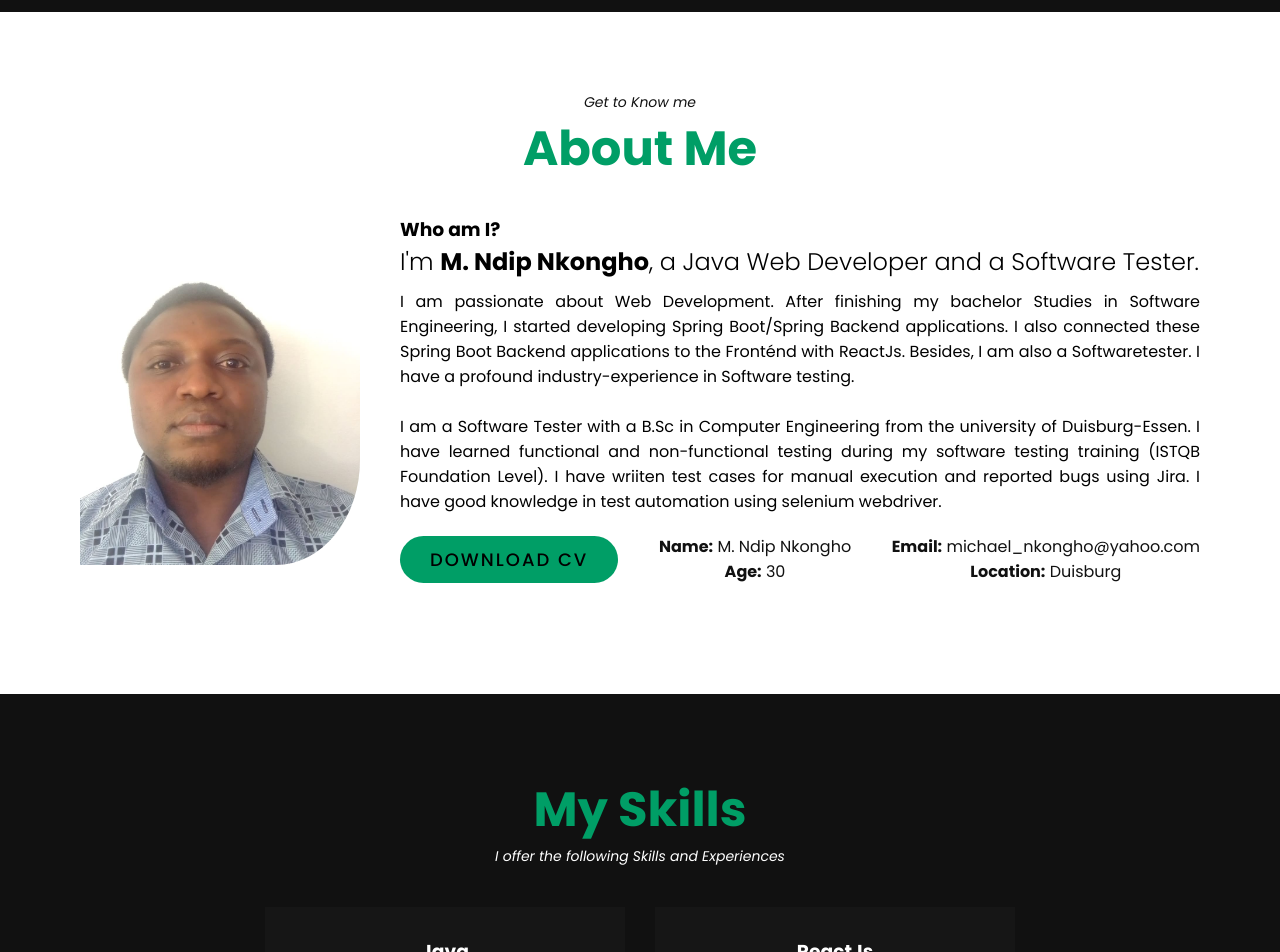
Repository: MichaelNkong/portfolio-project
Page: index.html
These files come from the project's save history. The page is drawn as it stood at one moment and after the next save; the edit follows.
The browser window is 1280 px wide. The pictures show the part of the page from y = 708 to 1660 px (the page is 4443 px tall before and 4478 px after).
A picture or video elsewhere on the page could not be fetched, so the positions and the page height are approximate.

Above is the page before, as saved 2025-03-09 17:58:41.

### index.html
<!DOCTYPE html>
<html lang="en">
<head>
    <meta charset="UTF-8">
    <meta name="viewport" content="width=device-width, initial-scale=1.0">
    <title>Responsive PortFolio</title>
    <link rel="stylesheet" href="style.css">
    <script src="ext.js" language="javascript"></script>
    <link rel="stylesheet" href="https://stackpath.bootstrapcdn.com/font-awesome/4.7.0/css/font-awesome.min.css" integrity="sha384-wvfXpqpZZVQGK6TAh5PVlGOfQNHSoD2xbE+QkPxCAFlNEevoEH3Sl0sibVcOQVnN" crossorigin="anonymous">
</head>
<body>
    <!-- Creating Menu Tabs & Logo at Top Using HTML -->
    <header>
        <a href="#" class="logo">Portfolio</a>
        <div class="toggle" onclick="toggleMenu();"></div>
        <ul class="menu">
            <li><a href="#home" onclick="toggleMenu();">Home</a></li>
            <li><a href="#about" onclick="toggleMenu();">About</a></li>
            <li><a href="#services" onclick="toggleMenu();">Skills</a></li>
            <li><a href="#work" onclick="toggleMenu();">Projects</a></li>
            <li><a href="#testimonial" onclick="toggleMenu();">Education</a></li>
            <li><a href="#contact" onclick="toggleMenu();">Contact</a></li>
        </ul>
    </header>

    <!-- Creating Banner Layout in HTML -->
    <section class="banner" id="home">
        <div class="textBx">
            <h2>Hello, I'm<br> <span>M. Ndip Nkongho</span></h2>
            <h3>I'm a Software Tester and a Java Web Developer</h3>
            <a href="#about" class="btn">About Me</a>
        </div>

    </section>

    <!-- Creating About Me Layout in HTML -->
    <section class="about" id="about">
        <div class="heading">
            <p>Get to Know me</p>
            <h2>About Me</h2>
        </div>
        <div class="content">
            <div class="w50">
                <img src="images/pic.jpg" alt="" class="proPic">
            </div>
            <div class="contentBx w50">
                <h3>Who am I?</h3>
                <h2>I'm <b>M. Ndip Nkongho</b>, a Java Web Developer and a Software Tester.</h2>
                <p>I am passionate about Web Development. After finishing my bachelor Studies in Software Engineering, I started developing Spring Boot/Spring Backend applications. I also connected these Spring Boot Backend applications to the Fronténd with ReactJs. Besides, I am also a  Softwaretester. I have a profound industry-experience in Software testing.</p><br>
                <p>I am a Software Tester with a B.Sc in Computer Engineering from the university of Duisburg-Essen. I have learned functional and non-functional testing during my software testing training (ISTQB Foundation Level). I have wriiten test cases for manual execution and reported bugs using Jira. I have good knowledge in test automation using selenium webdriver.</p>
                <div class="heading bottom">
                    <a href="images/lebenslauf_nkongho.pdf" class="btn round">Download CV</a>
                    <div class="bt">
                        <b>Name:</b> M. Ndip Nkongho<br>
                        <b>Age:</b> 30
                    </div>
                    <div class="bt">
                        <b>Email:</b> michael_nkongho@yahoo.com<br>
                        <b>Location:</b> Duisburg
                    </div>
                </div>
            </div>
        </div>
    </section>

    <!-- Creating Services Layout in HTML -->
    <section class="services" id="services">
        <div class="heading white">
            <h2>My Skills</h2>
            <p>I offer the following Skills and Experiences</p>
        </div>
        <div class="content">
            <div class="servicesBx">

                <i class="fab fa-java fa-4x"></i>
                <h3>Java</h3>
                <p>I have extensive knowledge in the Development of Restful Web Services with the help of Spring Boot and Spring</p>
            </div>
            <div class="servicesBx">

                <h3>  ReactJs</h3>
                <p>I am a Junior Frontend Web Programmer with ReactJs. I have good knowledg  in the Javascript framework ReactJs.</p>
            </div>
            <div class="servicesBx">

                <h3>PHP </h3>
                <p>I have a good knowledge in Web development with PHP. Connection of Frontend to Backend using PHP</p>
            </div>
            <div class="servicesBx">

                <h3>Software Tester</h3>
                <p>I am a Software Tester. I have a good knowledge in writing test cases, execution and reporting of bugs using Jira. </p>
            </div>

        </div>
    </section>

    <!-- Creating Work Layout in HTML -->

    <section class="work" id="work">
        <div class="heading">
            <h2>My Pojects</h2>
            <p>Showcasing some of my <b>University and Personal Projects on Github</b></p>
        </div>
        <div class="content">
            <div class="workBx">
                <a href="https://michaelnkong.github.io/Shopping-List/" target="_blank">
                    <p>Creating a Shopping List using Javascript, CSS and HTML</p>
                </a>
            </div>
            <div class="workBx">
                <a href="https://github.com/MichaelNkong/michael-employee-admin-react-app" target="_blank">
              <p>Employee Management Application</p>
                </a>
            </div>
            <div class="workBx">
                <a href="https://github.com/MichaelNkong/projectfunder" target="_blank">

                    <p>A Project Funder Application using Html, PHP. The Web application enables users to create projects for different purposes e.g GoFund.</p>
                </a>
            </div>
            <div class="workBx">
                <a href="https://github.com/MichaelNkong/expense-tracker" target="_blank">
                    <img src="images/webCourse.jpg" alt="">
                    <p>An Expense Tracking Application</p>
                </a>
            </div>


            <div class="heading">
                <a href="https://github.com/MichaelNkong?tab=repositories" target="_blank" class="btn" style="color:#fff;">View All My Projects</a>
            </div>
        </div>
    </section>

    <!-- Creating Testimonial Layout in HTML -->
    <section class="testimonial" id="testimonial">
        <div class="heading white">
            <h2>Education</h2>
            <p>My Educational Background</p>
        </div>
        <div class="content">
            <div class="testimonialBx">
                <p>I am a graduate from the University of Duisburg-Essen with a B.Sc in Computer Engineering. During my studies I did courses like: Software technology, Database systems, C++ Programming, Java Programming,Matlab, Communication in computer networks, Embedded Systems and Real-time systems, Data structure and Algorithms. All these courses had impacted me with the necessary skills needed as a Webentwickler and Software Tester.</p>

            </div>

        </div>
    </section>

    <!-- Creating Contact Layout in HTML -->
    <section class="contact" id="contact">
        <div class="heading white">
            <p>Feel free to contact me anytimes</p>
            <h2>Get in Touch</h2>
        </div>
        <div class="content">
            <div class="contactInfo">
                <h3>Contact Info</h3>
                <p>Always available for freelance work if the right project<br> comes along, Feel free to contact me!</p>
                <div class="contactInfoBx">
                    <div class="box">
                        <div class="icon">
                            <i class="fa fa-map-marker"></i>
                        </div>
                        <div class="text">
                            <h3>Address</h3>
                            <p>Schonnefeld Straße 12,<br>45326 Essen<br>Nordrhein Westphalen<br>Deutschland</p>
                        </div>
                    </div>
                    <div class="box">
                        <div class="icon">
                            <i class="fa fa-phone"></i>
                        </div>
                        <div class="text">
                            <h3>Phone no :</h3>
                            <p>+4917645781174</p>
                        </div>
                    </div>
                    <div class="box">
                        <div class="icon">
                            <i class="fa fa-envelope-o"></i>
                        </div>
                        <div class="text">
                            <h3>Email Address</h3>
                            <p>michael_nkongho@yahoo.com</p>
                        </div>
                    </div>
                    <br>
                    <h3>Social Connect</h3>
                    <div class="boxSocial">
                        <div class="icon">
                            <a href="https://www.facebook.com" target="_blank">
                                <i class="fa fa-facebook-square"></i>
                            </a>
                        </div>
                        <div class="icon">
                            <a href="https://www.twitter.com" target="_blank">
                                <i class="fa fa-twitter-square"></i>
                            </a>
                        </div>
                        <div class="icon">
                            <a href="https://www.linkedin.com/" target="_blank">
                                <i class="fa fa-linkedin-square"></i>
                            </a>
                        </div>
                        <div class="icon">
                            <a href="https://www.instagram.com/?hl=en" target="_blank">
                                <i class="fa fa-instagram"></i>
                            </a>
                        </div>
                    </div>
                </div>
            </div>
            <div class="formBx">
                <form>
                    <h3>Message Me</h3>
                    <input type="text" placeholder="Full Name" name="">
                    <input type="email" placeholder="Email" name="">
                    <textarea name="" rows="6" id="" placeholder="Your Message"></textarea>
                    <input type="submit" value="Send Message" name="">
                </form>
            </div>
        </div>
    </section>

    <!-- Creating Footer Layout in HTML -->
    <footer class="copyright">
        <p>&copy; 2021, https://michaelnkong.github.io/portfolio-project/, Allrights reserved</p>
    </footer>
</body>
</html>

Loaded but not shown: ext.js (11 lines, source omitted); style.css (539 lines, source omitted)

After the next save:
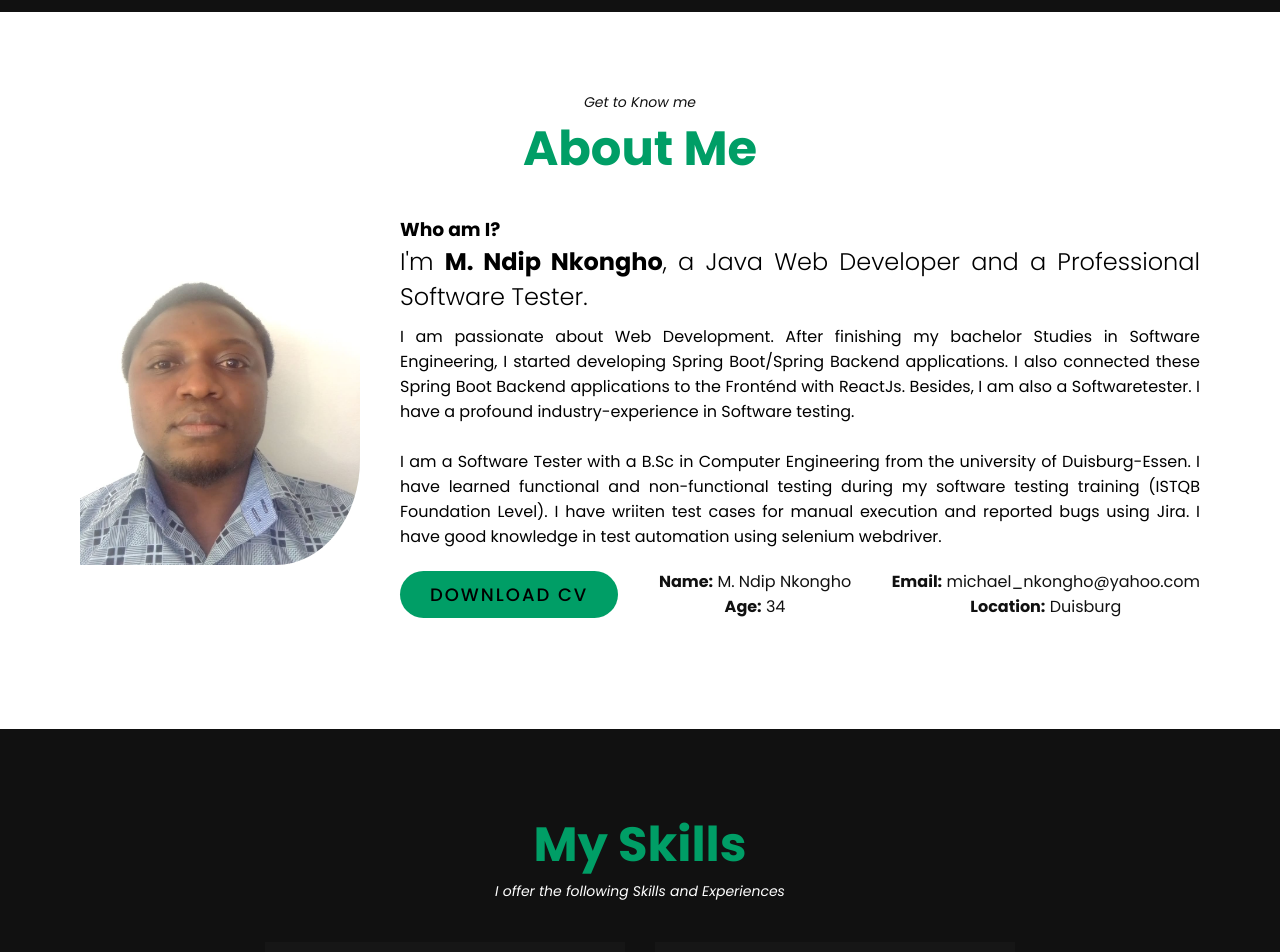
Saved 5 s later.
--- a/index.html
+++ b/index.html
@@ -45,14 +45,14 @@
             </div>
             <div class="contentBx w50">
                 <h3>Who am I?</h3>
-                <h2>I'm <b>M. Ndip Nkongho</b>, a Java Web Developer and a Software Tester.</h2>
+                <h2>I'm <b>M. Ndip Nkongho</b>, a Java Web Developer and a Professional Software Tester.</h2>
                 <p>I am passionate about Web Development. After finishing my bachelor Studies in Software Engineering, I started developing Spring Boot/Spring Backend applications. I also connected these Spring Boot Backend applications to the Fronténd with ReactJs. Besides, I am also a  Softwaretester. I have a profound industry-experience in Software testing.</p><br>
                 <p>I am a Software Tester with a B.Sc in Computer Engineering from the university of Duisburg-Essen. I have learned functional and non-functional testing during my software testing training (ISTQB Foundation Level). I have wriiten test cases for manual execution and reported bugs using Jira. I have good knowledge in test automation using selenium webdriver.</p>
                 <div class="heading bottom">
                     <a href="images/lebenslauf_nkongho.pdf" class="btn round">Download CV</a>
                     <div class="bt">
                         <b>Name:</b> M. Ndip Nkongho<br>
-                        <b>Age:</b> 30
+                        <b>Age:</b> 34
                     </div>
                     <div class="bt">
                         <b>Email:</b> michael_nkongho@yahoo.com<br>
@@ -83,8 +83,8 @@
             </div>
             <div class="servicesBx">
 
-                <h3>PHP </h3>
-                <p>I have a good knowledge in Web development with PHP. Connection of Frontend to Backend using PHP</p>
+                <h3>Test Automation </h3>
+                <p>I am an experienced Test automation engineer with Playwright, Typescript and also Java and Cucumber</p>
             </div>
             <div class="servicesBx">
 
@@ -165,7 +165,7 @@
                         </div>
                         <div class="text">
                             <h3>Address</h3>
-                            <p>Schonnefeld Straße 12,<br>45326 Essen<br>Nordrhein Westphalen<br>Deutschland</p>
+                            <p>Scharnhorst Straße 7,<br>47229 Duisburg<br>Nordrhein Westphalen<br>Deutschland</p>
                         </div>
                     </div>
                     <div class="box">

After the save that followed:
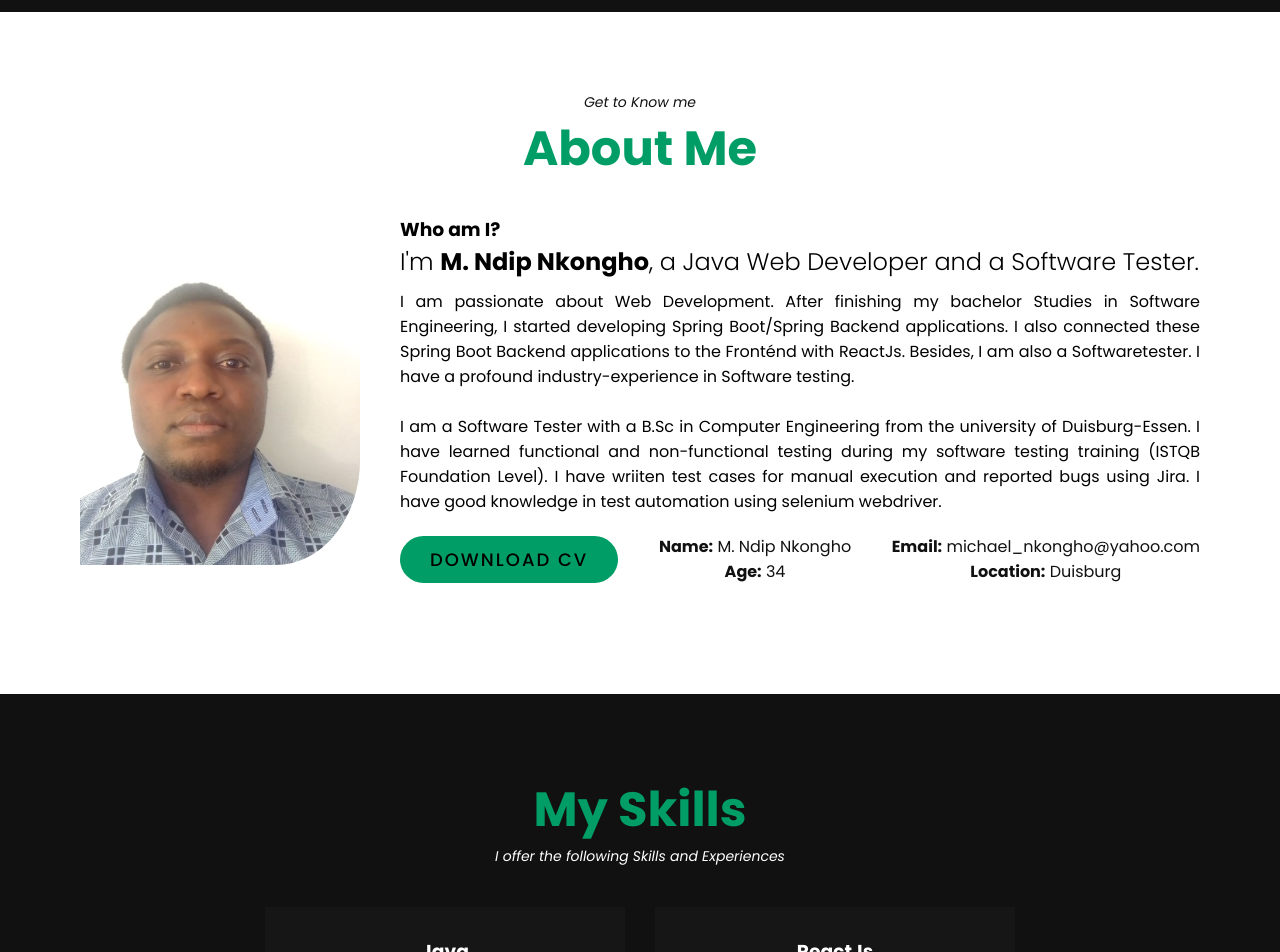
Saved 32 s later.
--- a/index.html
+++ b/index.html
@@ -45,7 +45,7 @@
             </div>
             <div class="contentBx w50">
                 <h3>Who am I?</h3>
-                <h2>I'm <b>M. Ndip Nkongho</b>, a Java Web Developer and a Professional Software Tester.</h2>
+                <h2>I'm <b>M. Ndip Nkongho</b>, a Java Web Developer and a Software Tester.</h2>
                 <p>I am passionate about Web Development. After finishing my bachelor Studies in Software Engineering, I started developing Spring Boot/Spring Backend applications. I also connected these Spring Boot Backend applications to the Fronténd with ReactJs. Besides, I am also a  Softwaretester. I have a profound industry-experience in Software testing.</p><br>
                 <p>I am a Software Tester with a B.Sc in Computer Engineering from the university of Duisburg-Essen. I have learned functional and non-functional testing during my software testing training (ISTQB Foundation Level). I have wriiten test cases for manual execution and reported bugs using Jira. I have good knowledge in test automation using selenium webdriver.</p>
                 <div class="heading bottom">
@@ -81,11 +81,7 @@
                 <h3>  ReactJs</h3>
                 <p>I am a Junior Frontend Web Programmer with ReactJs. I have good knowledg  in the Javascript framework ReactJs.</p>
             </div>
-            <div class="servicesBx">
-
-                <h3>Test Automation </h3>
-                <p>I am an experienced Test automation engineer with Playwright, Typescript and also Java and Cucumber</p>
-            </div>
+
             <div class="servicesBx">
 
                 <h3>Software Tester</h3>
@@ -165,7 +161,7 @@
                         </div>
                         <div class="text">
                             <h3>Address</h3>
-                            <p>Scharnhorst Straße 7,<br>47229 Duisburg<br>Nordrhein Westphalen<br>Deutschland</p>
+                            <p>Schonnefeld Straße 12,<br>45326 Essen<br>Nordrhein Westphalen<br>Deutschland</p>
                         </div>
                     </div>
                     <div class="box">
